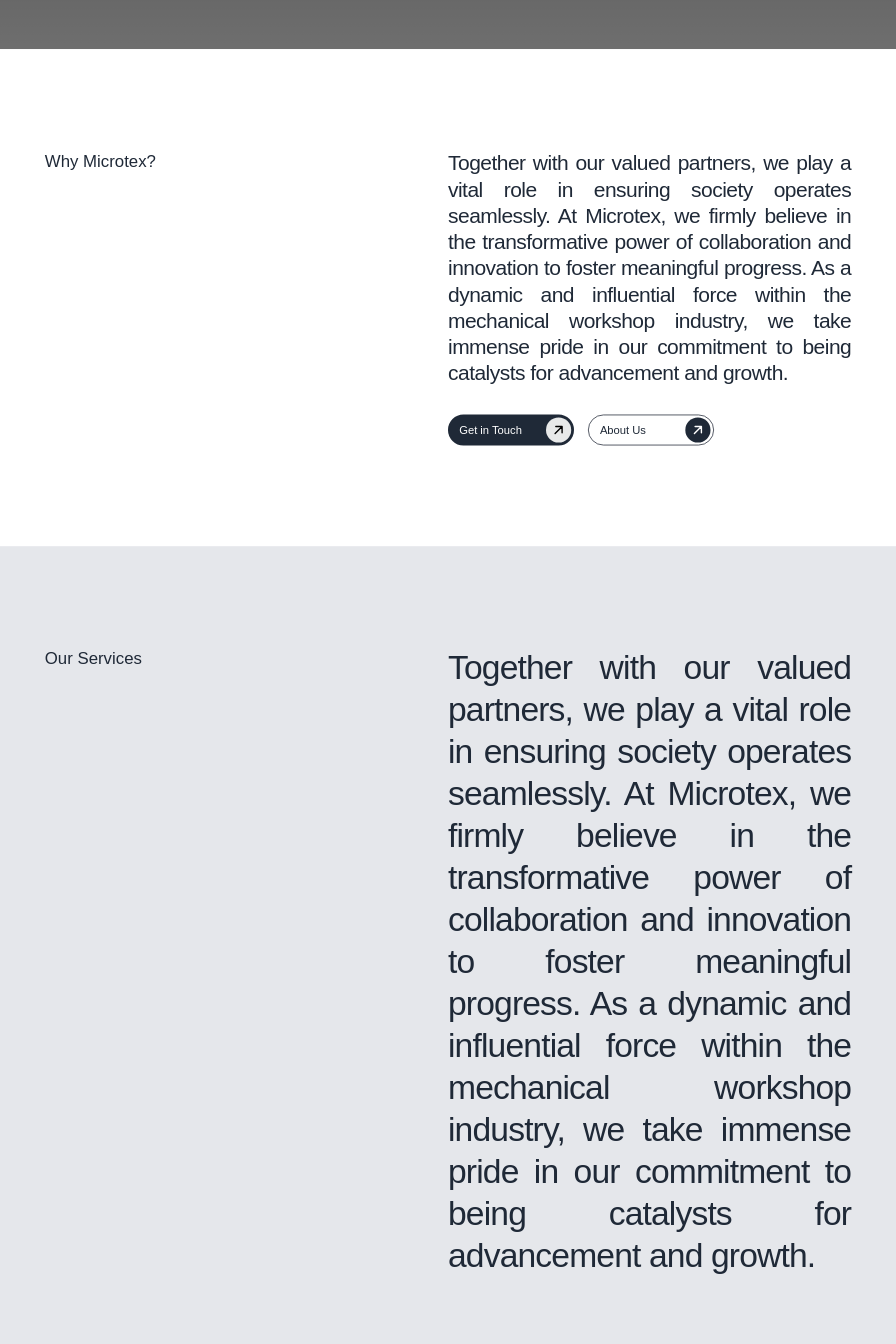
Repository: vespersolutionspk18/microtexwebsite
Page: /
The author's editor kept a copy of each file at every save. The page is drawn from the files as they stood at one save, then again after the next save.
The browser window is 1280 px wide. The pictures show the part of the page from y = 736 to 2656 px (the page is 2656 px tall before and 1816 px after), at 70% of full size.
Pictures or frames that could not be fetched are drawn as grey boxes. Some web fonts or font styles are not loaded; a fallback is used. The project was rebuilt for these pictures with package versions that can differ from the ones it lists, and the page was loaded fresh each time. The framework's server and built-in components were replaced by stand-ins that run in the browser. Also part of the build but not shown: next.config.mjs.

Above is the page before, as saved 2024-11-18 21:17:27.

After the next save:
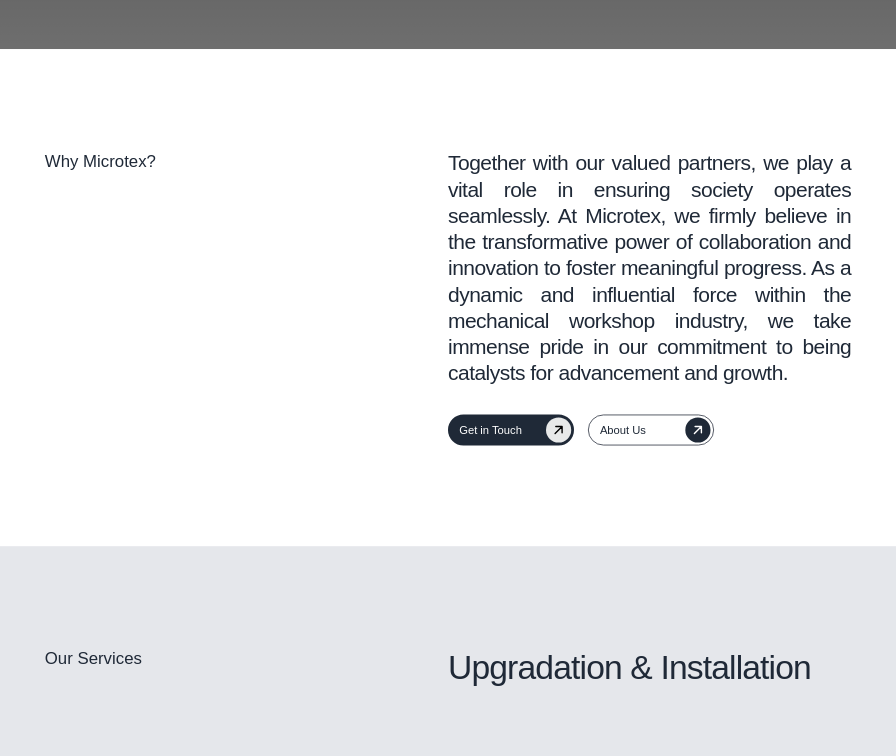
Saved 10 s later.
--- a/app/OurServices.tsx
+++ b/app/OurServices.tsx
@@ -8,7 +8,7 @@ const OurServices = () => {
             <h3 className="text-gray-800 font-light text-2xl">Our Services</h3>
         </div>
         <div className="md:w-[50%] pt-20 flex flex-col gap-10">
-            <h3 className="text-gray-800 font-light text-justify text-5xl tracking-tight leading-tight">Together with our valued partners, we play a vital role in ensuring society operates seamlessly. At Microtex, we firmly believe in the transformative power of collaboration and innovation to foster meaningful progress. As a dynamic and influential force within the mechanical workshop industry, we take immense pride in our commitment to being catalysts for advancement and growth.</h3>
+            <h3 className="text-gray-800 font-light text-justify text-5xl tracking-tight leading-tight">Upgradation & Installation</h3>
 
         </div>
     </div>
